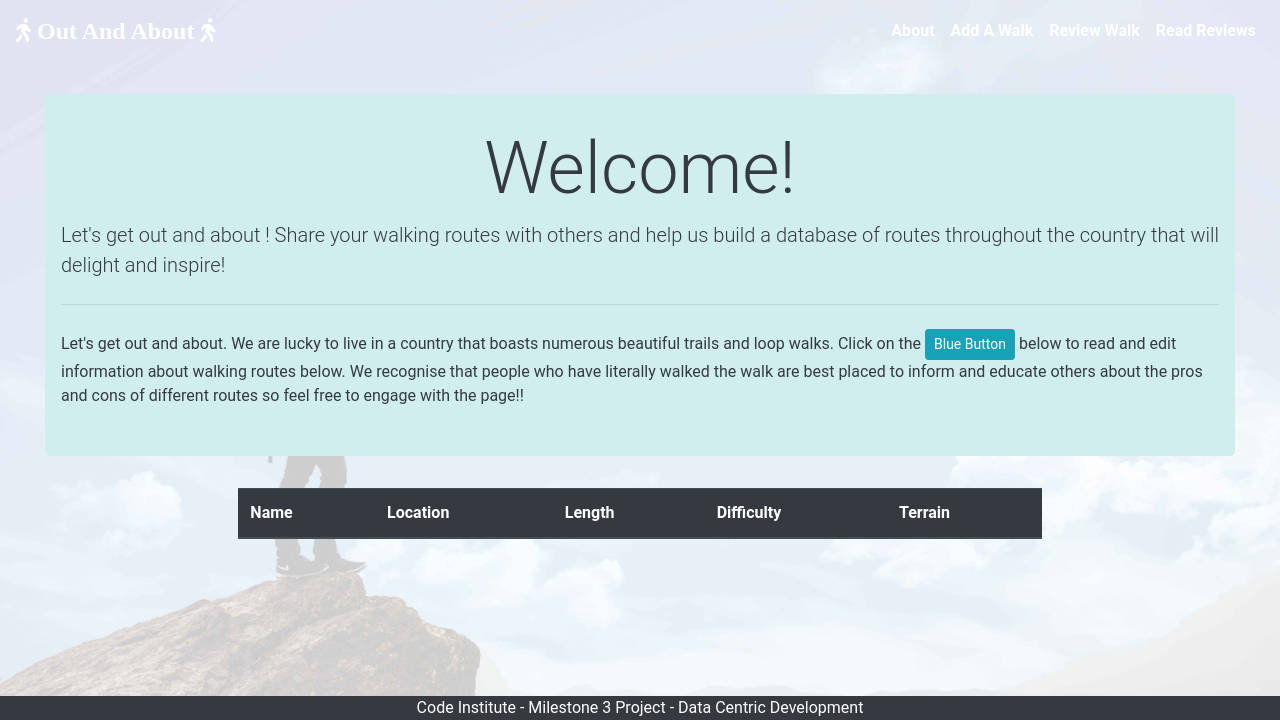
Repository: 5803emma/days-of-walking
Page: http://localhost/
The author's editor kept a record of every edit. The page is drawn from the files as they stood at one moment, then again after the next edit.
The browser window is 1280 px wide. The pictures show the whole page.
Some web libraries are served in a nearby version. The page is served by the project's application, run on Flask 3 (app.py). Queries for data that is not in the repository find no rows.

Above is the page before.

### templates/home.html
{% extends 'base.html'%} {% block content %}

<div class="container-fluid">

 <div class="row-welcome justify-content-center">
  <div class="col-12 text-dark">
   <div class="jumbotron">
    <h1 class="display-3">Welcome!</h1>
    <p class="lead">Let's get out and about ! Share your walking routes with others and help us build a database of routes throughout the country that will delight and inspire!</p>
    <hr class="my-4">
    <p>Let's get out and about. We are lucky to live in a country that boasts numerous beautiful trails and loop walks. Click on the <button type="button" class="btn btn-info btn-sm">Blue Button</button> below to read and edit information about walking routes below. We recognise that people who have literally walked the walk are best placed to inform and educate others about the pros and cons of different routes so feel free to engage with the page!!</p>
   </div>
  </div>
 </div>

<div class="row justify-content-center">
  <div class="col-12 col-md-8 table-responsive table-data">
   <table class="table table-hover">
    <thead class="thead-dark">
     <tr>
      <th scope="col">Name</th>
      <th scope="col">Location</th>
      <th scope="col">Length</th>
      <th scope="col">Difficulty</th>
      <th scope="col">Terrain</th>
     </tr>
    </thead>
    <tbody>

     {% for walk in walks %}
     <tr>
      <td><a class="btn btn-info btn-sm" href="{{url_for('edit_walk', walk_id=walk._id)}}" role="button">{{walk.walk_name}}</a></td>
      <td>{{walk.walk_location}}</td>
      <td>{{walk.walk_length}}</td>
      <td>{{walk.walk_difficulty}}</td>
      <td>{{walk.walk_terrain}}</td>
     </tr>
     {% endfor %}
    </tbody>
   </table>


  </div>
  {% endblock %}

### templates/base.html
<!DOCTYPE html>
<html>

<head>
    <link rel="stylesheet" href="https://stackpath.bootstrapcdn.com/bootstrap/4.4.1/css/bootstrap.min.css">
    <link rel="stylesheet" href="https://cdnjs.cloudflare.com/ajax/libs/font-awesome/5.12.0/css/all.min.css" />
    <link rel="stylesheet" href="{{ url_for('static', filename='css/style.css') }}" type="text/css" />
</head>

<body>
    <header>
        <nav class="navbar navbar-expand-md navbar-dark home-logo-text">
            <a class="navbar-brand" href="{{url_for('get_walks')}}"><i
                    class="fas fa-walking"></i> Out And About <i
                    class="fas fa-walking"></i></a>
            <button class="navbar-toggler" type="button" data-toggle="collapse" data-target="#navbarNavAltMarkup" aria-controls="navbarNavAltMarkup" aria-expanded="false" aria-label="Toggle navigation">
                <span class="navbar-toggler-icon"></span>
            </button>
            <div class="collapse navbar-collapse" id="navbarNavAltMarkup">
                <div class="navbar-nav ml-auto">
                    <a class="nav-item nav-link" href="{{url_for('about')}}">About</a>
                    <a class="nav-item nav-link" href="{{url_for('add_new_walk')}}">Add A Walk</a>
                    <a class="nav-item nav-link" href="{{url_for('walk_review')}}">Review Walk</a>
                     <a class="nav-item nav-link" href="{{url_for('read_review')}}">Read Reviews</a>
                </div>
            </div>

        </nav>
    </header>

    <!-- Container for injected templates -->
    <div class="container-fluid justify-content-center">


    {% block content %} {% endblock %}

 <!-- Footer -->
  <footer class="bg-dark fixed-bottom">
    <div class="container-fluid">
      <p class="m-0 text-center text-white">Code Institute - Milestone 3 Project - Data Centric Development</p>
    </div>
    <!-- /.container -->
  </footer>

    <script src="https://code.jquery.com/jquery-3.4.1.slim.min.js"></script>
    <script src="https://cdn.jsdelivr.net/npm/popper.js@1.16.0/dist/umd/popper.min.js"></script>
    <script src="https://stackpath.bootstrapcdn.com/bootstrap/4.4.1/js/bootstrap.min.js"></script>
</body>

</html>

### app.py
import os
from flask import Flask, render_template, redirect, request, url_for
from flask_pymongo import PyMongo
from bson.objectid import ObjectId

app = Flask(__name__)

app.config["MONGO_DBNAME"] = 'walking_app'
app.config["MONGO_URI"] = 'mongodb+srv://root:johnbell@myfirstcluster-20lqh.mongodb.net/walking_app?retryWrites=true&w=majority'

mongo = PyMongo(app)

@app.route("/")
@app.route("/get_walks")
def get_walks():
    return render_template("home.html", walks=mongo.db.walks.find())

@app.route("/about")
def about():
    return render_template("about.html")


@app.route("/add_new_walk")
def add_new_walk():
    return render_template("add_walk.html")


@app.route("/insert_walk", methods=['POST'])
def insert_walk():
    walk = mongo.db.walks
    walk.insert_one(request.form.to_dict())
    return redirect(url_for('get_walks'))

# Update Information About Walk

@app.route("/edit_walk/<walk_id>")
def edit_walk(walk_id):
    the_walk = mongo.db.walks.find_one({"_id": ObjectId(walk_id)})
    return render_template("update_walk.html", walk=the_walk)

@app.route("/update_walk/<walk_id>", methods=["POST"])
def update_walk(walk_id):
    walk = mongo.db.walks
    walk.update({'_id': ObjectId(walk_id)}, {
        'walk_name' : request.form.get('walk_name'),
        'walk_location' : request.form.get('walk_location'),
        'walk_length' : request.form.get('walk_length'),
        'walk_difficulty' : request.form.get('walk_difficulty'),
        'walk_terrain' : request.form.get('walk_terrain')
    })
    return redirect(url_for('get_walks'))

# Delete Option

@app.route("/delete_walk/<walk_id>")
def delete_walk(walk_id):
    mongo.db.walks.remove({'_id': ObjectId(walk_id)})
    return redirect(url_for('get_walks'))

@app.route("/leave_review")
def walk_review():
    return render_template("walk_review.html", walks=mongo.db.walks.find())

# Sends the data that the user inserts to the database

@app.route("/walk_review", methods=['POST'])
def insert_review():
    review = mongo.db.reviews
    review.insert_one(request.form.to_dict())
    return redirect(url_for('walk_review'))


@app.route("/read_review")
def read_review():
    return render_template("read_reviews.html", reviews=mongo.db.reviews.find())

if __name__ == "__main__":
    app.run(host=os.environ.get("IP", "0.0.0.0"),
    port=int(os.environ.get("PORT", "5000")),
    debug=True)

### static/css/style.css
body {
  background-image: url(../images/bg-image.jpg);
  background-color: #FAFAFA;
  background-repeat: no-repeat;
  background-size: cover;
  font-family: 'Roboto', sans-serif;
}

.navbar-dark .navbar-brand {
    color: #fff;
    font-weight: bold;
    font-family: "Tangerine", cursive;
    font-size: 1.5rem;
}

.navbar-dark .navbar-nav .nav-link {
    color: #fff;
    font-weight: bold;
}

h1, h2 {
  text-align: center;
}

.jumbotron {
    margin-top: 2rem;
    padding: 2rem 1rem;
    margin-bottom: 2rem;
    background-color: #D1EEEE;
    border-radius: .3rem;
}

.display-4 {
    font-size: 3.5rem;
    font-weight: 300;
    line-height: 1.2;
    font-family: "Tangerine", cursive;
}

.row {
  margin-top: 1rem;
  margin-bottom: 1rem;
}

.media-body {
  margin-top: 10px;
}

.btn-success {
    color: #fff;
    background-color: #5F9F9F;
    border-color: #5F9F9F;
}

After the next edit:
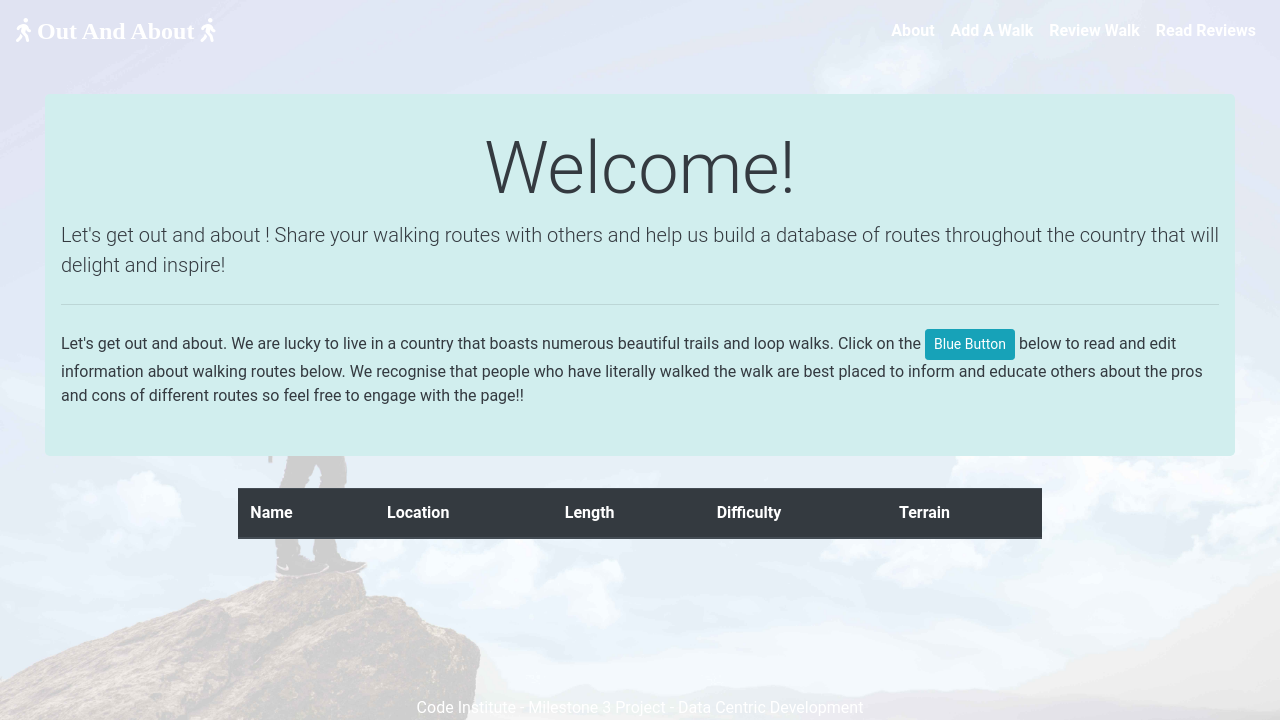
The edit:
--- a/templates/base.html
+++ b/templates/base.html
@@ -35,7 +35,7 @@
     {% block content %} {% endblock %}
 
  <!-- Footer -->
-  <footer class="bg-dark fixed-bottom">
+  <footer class="fixed-bottom">
     <div class="container-fluid">
       <p class="m-0 text-center text-white">Code Institute - Milestone 3 Project - Data Centric Development</p>
     </div>
